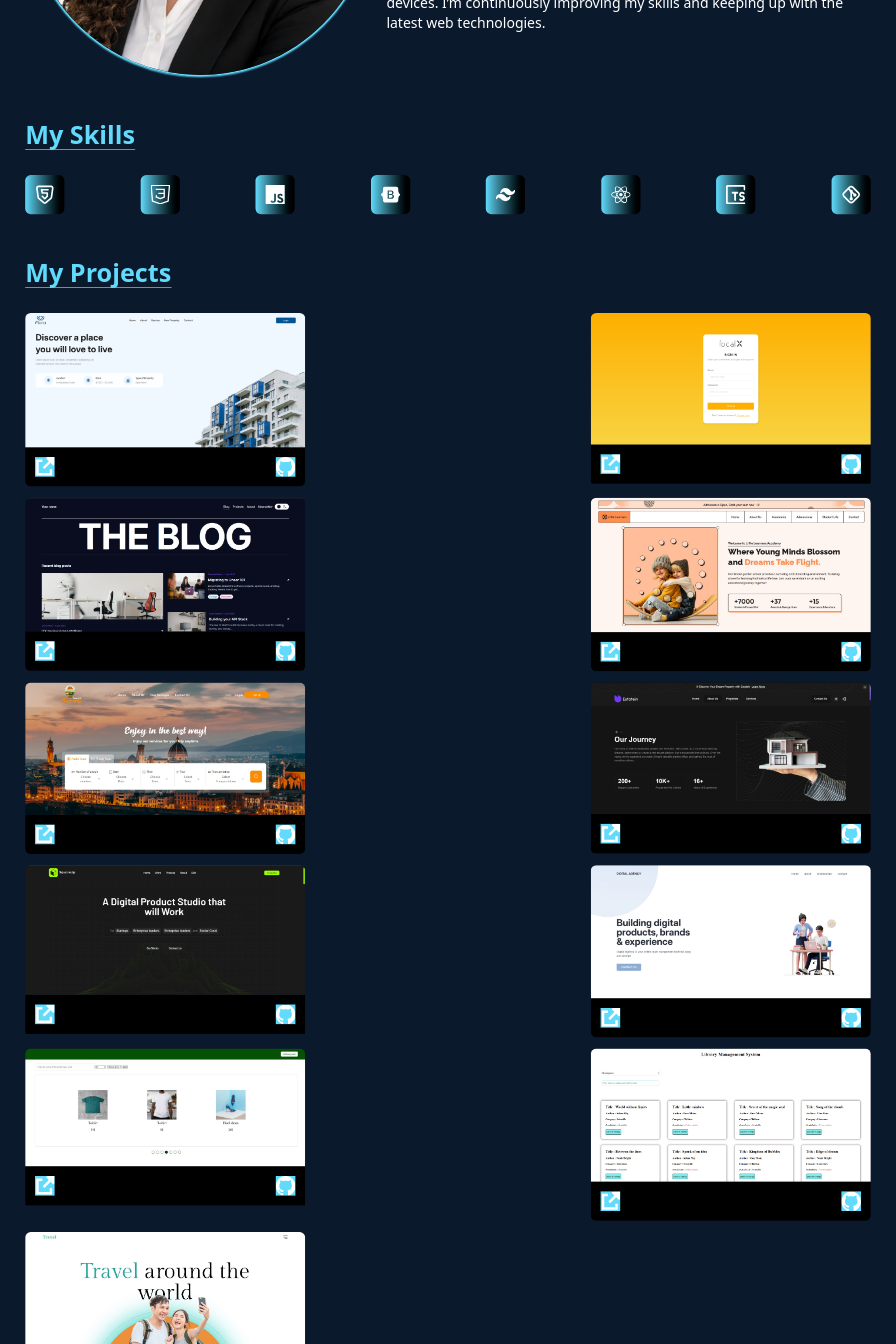
Repository: RawanBarakat-hub/portfolio
Page: /
These files come from the project's save history. The page is drawn as it stood at one moment and after a run of saves; the edit follows.
The browser window is 1280 px wide. The pictures show the part of the page from y = 1220 to 3140 px (the page is 3607 px tall before and 3679 px after), at 70% of full size.
The project was rebuilt for these pictures with package versions that can differ from the ones it lists, and the page was loaded fresh each time. Also part of the build but not shown: vite.config.ts.

Above is the page before, as saved 2026-02-22 22:03:58.

### index.html
<!doctype html>
<html lang="en">
  <head>
    <meta charset="UTF-8" />
    <link rel="icon" type="image/svg+xml" href="/assets/images/photos/logo.png" />
    <meta name="viewport" content="width=device-width, initial-scale=1.0" />
    <title>Rawan's portfolio</title>
  </head>
  <body>
    <div id="root"></div>
    <script type="module" src="/src/main.tsx"></script>
  </body>
</html>

### src/index.css
@import "tailwindcss";
@theme{
    --color-primary-color: #61DAFB;
    --color-background-color: #0b192c;
    --color-hover-color: #1eb9e4;
}

### src/App.tsx
import Hero from "./components/Hero"
import Main from "./components/Main"
import NavBar from "./components/NavBar"
import { nav_links } from "./data/data"
import "./index.css"
function App() {

  return (
    <div className="bg-background-color px-9">
      <NavBar logo={{source:"/assets/images/photos/logo.png",alternative:"Logo"}}
      nav_links={nav_links}
      bar_icon={{source:"/assets/images/icons/bars.svg",alternative:"bars"}}
      cancel_icon={{source:"/assets/images/icons/cancel.svg",alternative:"bars"}}
      />
      <Hero/>
      <Main/>
    </div>
  )
}

export default App

### src/components/Hero.tsx
import Image from "./Image"
import LinkBtn from "./LinkBtn"
import WelcomeText from "./WelcomeText"

const Hero = () => {
    return (
        <div className="h-screen pt-35 lg:pt-25 flex flex-col lg:flex-row
        justify-center lg:justify-between items-center gap-5">
            <div className="text-center lg:text-left">
                <WelcomeText text="Hello, I’m"/>
                <h1 className="text-white text-3xl lg:text-5xl mt-3 lg:mt-4
                mb-4 lg:mb-6 font-bold">Rawan Mohammad Barakat</h1>
                <p className="text-primary-color text-2xl lg:text-4xl max-w-2xl
                mb-4 lg:mb-14">Frontend Developer crafting clean & responsive web experiences.</p>
                <div className="flex justify-center lg:justify-start gap-4">
                    <LinkBtn url="" text="View my project"/>
                    <LinkBtn url="" text="Contact me"/>
                </div>
            </div>
            <Image source="/assets/images/photos/rawan.png" alternative="rawan"/>
        </div>
    )
}

export default Hero

### src/components/Main.tsx
import SectionAbout from "./SectionAbout"
import SectionProjects from "./SectionProjects"
import SectionReume from "./SectionReume"
import SectionSkills from "./SectionSkills"

const Main = () => {
    return (
        <main>
            <SectionAbout/>
            <SectionSkills/>
            <SectionProjects/>
            <SectionReume/>
        </main>
    )
}

export default Main

### src/components/NavBar.tsx
import { NavLink } from "react-router-dom"
import type { NavProps } from "../interfaces"
import { useState } from "react"

const NavBar = ({logo,nav_links,bar_icon,cancel_icon}:NavProps) => {
    const [show,setShow]=useState<boolean>(true)
    return (
        <div>
            <nav className="flex justify-between pl-5 pr-9 items-center fixed top-0 z-10
            w-full left-0 bg-background-color shadow-md shadow-primary-color">
                <div className="">
                    <img className="" src={logo.source} alt={logo.alternative} />
                </div>
                <div className="hidden lg:block">
                    <ul className="flex gap-6">
                        {nav_links?.map((link,index)=>{
                            return <li key={index}>
                                <NavLink className="text-primary-color text-[18px] font-medium"
                                to={link?.url}>{link?.text}</NavLink>
                            </li>
                        })}
                    </ul>
                </div>
                <button onClick={()=>setShow(!show)}
                className="block lg:hidden"><img src={`${show?bar_icon.source:cancel_icon.source}`}
                alt={`${show?bar_icon.alternative:cancel_icon.alternative}`} /></button>
            </nav>
            <div className={`${show ? "-left-full" :"left-1/2"} absolute top-16.5
            -translate-x-1/2 py-3.5 bg-background-color w-full transition-all`}>
                <ul className="text-center">
                        {nav_links?.map((link,index)=>{
                            return <li key={index} className="mb-4">
                                <NavLink className="text-primary-color text-[18px] font-medium"
                                to={link?.url}>{link?.text}</NavLink>
                            </li>
                        })}
                    </ul>
            </div>
        </div>
    )
}

export default NavBar

### src/data/data.ts
export const nav_links=[
    {
        url:"/",
        text:"Home"
    },
    {
        url:"/",
        text:"About"
    },
    {
        url:"/",
        text:"Skills"
    },
    {
        url:"/",
        text:"Projects"
    },
    {
        url:"/",
        text:"Resume"
    },
    {
        url:"/",
        text:"Contact"
    }
]
export const skills=[
    {
        image:{
            source:"/assets/images/icons/html.svg",
            alternative:"HTMl icon"
        },
        link:{
            url:"https://www.w3schools.com/html/default.asp",
            text:"HTML"
        }
    },
    {
        image:{
            source:"/assets/images/icons/css3.svg",
            alternative:"CSS icon"
        },
        link:{
            url:"https://www.w3schools.com/css/default.asp",
            text:"CSS"
        }
    },
    {
        image:{
            source:"/assets/images/icons/js.svg",
            alternative:"JavaScript icon"
        },
        link:{
            url:"https://www.w3schools.com/js/default.asp",
            text:"JavaScript "
        }
    },
    {
        image:{
            source:"/assets/images/icons/bootstrap.svg",
            alternative:"Bootstrap icon"
        },
        link:{
            url:"https://www.w3schools.com/bootstrap/bootstrap_ver.asp",
            text:"Bootstrap"
        }
    },
    {
        image:{
            source:"/assets/images/icons/tailwind.svg",
            alternative:"Taileind icon"
        },
        link:{
            url:"https://tailwindcss.com/",
            text:"Tailwind"
        }
    },
    {
        image:{
            source:"/assets/images/icons/react.svg",
            alternative:"React icon"
        },
        link:{
            url:"https://www.w3schools.com/react/default.asp",
            text:"React"
        }
    },
    {
        image:{
            source:"/assets/images/icons/ts.svg",
            alternative:"TypeScript icon"
        },
        link:{
            url:"https://www.w3schools.com/typescript/index.php",
            text:"TypeScript"
        }
    },
    {
        image:{
            source:"/assets/images/icons/git.svg",
            alternative:"Git icon"
        },
        link:{
            url:"https://www.w3schools.com/git/default.asp",
            text:"Git"
        }
    }
]
export const projects=[
    {
        image:{
            source:"public/assets/images/photos/flora.jpg",
            alternative:"Flora project"
        },
        title:"Flora",
        text:"Landing Page for a Real Estate Website",
        code_link:"https://github.com/RawanBarakat-hub/task-4-adv",
        project_Link:"https://rawanbarakat-hub.github.io/task-4-adv/"
    },
    {
        image:{
            source:"public/assets/images/photos/dash.jpg",
            alternative:"Dashboard project"
        },
        title:"E-commerce store dashboard",
        text:"Dashboard for managing E-commerce store",
        code_link:"https://github.com/RawanBarakat-hub/task-5-adv",
        project_Link:"https://task-5-adv.vercel.app/"
    },
    {
        image:{
            source:"public/assets/images/photos/blog.jpg",
            alternative:"Blogs project"
        },
        title:"The Blog",
        text:"Website for displaying blogs across different categories.",
        code_link:"https://github.com/RawanBarakat-hub/task-6-adv",
        project_Link:"https://task-6-adv-tawny.vercel.app/"
    },
    {
        image:{
            source:"public/assets/images/photos/littlelearners.jpg",
            alternative:"little learners project"
        },
        title:"Little learners",
        text:"Website for an educational institution.",
        code_link:"https://github.com/RawanBarakat-hub/task-2-adv",
        project_Link:"https://task-2-adv-pi.vercel.app/"
    },
    {
        image:{
            source:"public/assets/images/photos/next.jpg",
            alternative:"next project"
        },
        title:"Travel around the world",
        text:"Website for a travel company.",
        code_link:"https://github.com/RawanBarakat-hub/task-2-adv",
        project_Link:"https://task-7-adv-lac.vercel.app"
    },
    {
        image:{
            source:"public/assets/images/photos/estatein.jpg",
            alternative:"estatein project"
        },
        title:"Estatein",
        text:"Website for a real estate company.",
        code_link:"https://github.com/RaghadDeveloper/estatein",
        project_Link:"https://estatein-umber.vercel.app/"
    },
    {
        image:{
            source:"public/assets/images/photos/agency.jpg",
            alternative:"Digital project"
        },
        title:"Square",
        text:"Website for a digital products company.",
        code_link:"https://github.com/raghadsammour/squareUp.git",
        project_Link:"https://raghadsammour.github.io/squareUp/"
    },
    {
        image:{
            source:"public/assets/images/photos/digital.jpg",
            alternative:"Agency project"
        },
        title:"Digital agency",
        text:"Website for a digital products company.",
        code_link:"https://github.com/RawanBarakat-hub/Task-5",
        project_Link:"https://rawanbarakat-hub.github.io/Task-5/"
    },
    {
        image:{
            source:"public/assets/images/photos/e-commerc.jpg",
            alternative:"E-commerce project"
        },
        title:"E-commerce store",
        text:"Admin dashboard for an e-commerce store",
        code_link:"https://github.com/RawanBarakat-hub/Task-7",
        project_Link:"https://rawanbarakat-hub.github.io/Task-7/"
    },
    {
        image:{
            source:"public/assets/images/photos/library.jpg",
            alternative:"library project"
        },
        title:"Library Management System",
        text:"Website for categorizing and organizing books.",
        code_link:"https://github.com/RawanBarakat-hub/task-1-adv",
        project_Link:"https://rawanbarakat-hub.github.io/task-1-adv/"
    },
    {
        image:{
            source:"public/assets/images/photos/travelhero.jpg",
            alternative:"travel project"
        },
        title:"Travel",
        text:"Simple landing page for a travel agency website",
        code_link:"https://github.com/RawanBarakat-hub/Travel",
        project_Link:"https://rawanbarakat-hub.github.io/Travel/"
    }
]
export const certifications=[
    "Bachelor’s Degree in Information Engineering – Software Engineering",
    "Frontend Development – Beginner Level (Focal X)",
    "Frontend Development – Advanced Level (Focal X)"
]
export const social_media=[
    {
        url:"https://www.facebook.com/rawan.barakat.395?mibextid=wwXIfr&mibextid=wwXIfr",
        image:{
            source:"public/assets/images/icons/facebook.svg",
            alternative:"facebook icon"
        }
    },
    {
        url:"https://github.com/RawanBarakat-hub",
        image:{
            source:"public/assets/images/icons/github.svg",
            alternative:"github icon"
        }
    },
    {
        url:"https://t.me/Rawan_257",
        image:{
            source:"public/assets/images/icons/telegram.svg",
            alternative:"telegram icon"
        }
    },
    {
        url:"https://www.instagram.com/rawan.barakat.395?igsh=MWt1bDBya251YWFyeA%3D%3D&utm_source=qr",
        image:{
            source:"public/assets/images/icons/instagram.svg",
            alternative:"instagram icon"
        }
    },
    {
        url:"https://wa.me/963937278362",
        image:{
            source:"public/assets/images/icons/whatsapp.svg",
            alternative:"whatsapp icon"
        }
    },
    {
        url:"mailto:barakatrawan81@gmail.com",
        image:{
            source:"public/assets/images/icons/email.svg",
            alternative:"email icon"
        }
    }
]

### src/components/Image.tsx
import type { ImageProps } from '../interfaces'

const Image = ({source,alternative}:ImageProps) => {
    return (
        <div className='w-125 h-125 rounded-full border-2 border-primary-color
            shadow-sm shadow-primary-color flex justify-center items-center overflow-hidden
            shrink-0'>
            <img src={source} alt={alternative} />
        </div>
    )
}

export default Image

### src/components/LinkBtn.tsx
import { Link } from 'react-router-dom'
import { type LinkProps } from '../interfaces'
const LinkBtn = ({url,text,image}:LinkProps) => {
    return (
            <Link className="bg-primary-color hover:bg-hover-color
            text-xl text-background-color p-3.5 rounded-lg w-fit flex items-center
            gap-4 transition-all`" to={url}>{text}
            {image && <img className='w-10' src={image?.source} alt={image?.alternative} />}</Link>
    )
}

export default LinkBtn

### src/components/WelcomeText.tsx

const WelcomeText = ({text}:{text:string}) => {
    return (
        <p className="text-primary-color text-xl lg:text-3xl
        font-medium">{text}</p>
    )
}

export default WelcomeText

### src/components/SectionAbout.tsx
import Description from "./Description"
import Image from "./Image"
import TitleSection from "./TitleSection"
import WelcomeText from "./WelcomeText"

const SectionAbout = () => {
    return (
        <section className="py-15 lg:py-8 text-center lg:text-left">
            <TitleSection title="About me"/>
            <div className="flex flex-col lg:flex-row
                justify-center lg:justify-between items-center
                gap-4">
                <Image source="/assets/images/photos/rawan.png" alternative="rawan"/>
                <div className="max-w-3xl">
                    <WelcomeText text="Hi there! i’m Rawan Barakat"/>
                    <Description text="I’m a Software Engineering and Information Systems
                        graduate from Latakia University, with a strong passion
                        for frontend development and website creation."/>
                    <Description text="I completed both my beginner
                        and advanced frontend training at Focal X ,
                        where I built responsive websites using HTML, CSS, JavaScript,
                        and React (JSX and TSX) , working on practical and academic projects."/>
                    <Description text="I focus on writing clean, well-structured
                    code and building modern,responsive websites that perform efficiently across different
                    devices. I’m continuously improving my skills and keeping up with the latest web
                    technologies."/>
                </div>
            </div>
        </section>
    )
}

export default SectionAbout

### src/components/SectionProjects.tsx
import { projects } from "../data/data"
import Card from "./Card"
import Container from "./Container"
import TitleSection from "./TitleSection"

const SectionProjects = () => {
    return (
        <section className="py-15 lg:py-8">
            <TitleSection title="My Projects"/>
            <Container>
                {
                    projects.map((project,index)=>{
                        return <Card key={index}
                        image={project.image} title={project.title}
                        text={project.text} code={project.code_link}
                        deploy={project.project_Link}/>
                    })
                }
            </Container>
        </section>
    )
}

export default SectionProjects

### src/components/SectionReume.tsx
import { certifications } from "../data/data"
import Description from "./Description"
import TitleSection from "./TitleSection"
import WelcomeText from "./WelcomeText"

const SectionReume = () => {
    return (
        <section className="py-15 lg:py-8">
            <TitleSection title="Resume"/>
            <div className="flex justify-between">
                <div>
                    <WelcomeText text="Certifications & Experience" />
                    <ul className="mt-0 list-disc text-white pl-7">
                        {
                            certifications.map((item,index)=>{
                                return <li key={index}>
                                    <Description text={item} />
                                </li>
                            })
                        }
                    </ul>
                </div>
                <div>
                    <Description
                    text="Interested in working together? Download my CV to see my full experience" />
                    <a href="/Rawan Barakat CV.pdf" download
                        className="inline-block p-3 rounded-md bg-primary-color hover:bg-hover-color
                        text-white text-[18px] font-medium mt-3 cursor-pointer"
                        >Download CV</a>
                </div>
            </div>
        </section>
    )
}

export default SectionReume

### src/components/SectionSkills.tsx
import { skills } from "../data/data"
import Container from "./Container"
import Icon from "./Icon"
import TitleSection from "./TitleSection"

const SectionSkills = () => {
    return (
        <section className="py-15 lg:py-8 ">
            <TitleSection title="My Skills"/>
            <Container>
                {
                    skills.map((skill,index)=>{
                        return <Icon key={index} url={skill.link.url}
                        text={skill.link.text} image={skill.image}/>
                    })
            }
            </Container>
        </section>
    )
}

export default SectionSkills

### src/components/Description.tsx

const Description = ({text}:{text:string}) => {
    return (
        <p className="text-white text-xl mt-5">{text}</p>
    )
}

export default Description

### src/components/TitleSection.tsx
import type { TitleSectionProp } from "../interfaces"

const TitleSection = ({title}:TitleSectionProp) => {
    return (
        <h2 className="text-xl lg:text-4xl text-primary-color font-semibold
        mb-4 lg:mb-9 w-fit border-b border-primary-color">{title}</h2>
    )
}

export default TitleSection

### src/components/Card.tsx
import type { CardProps } from "../interfaces"
import Icon from "./Icon"

const Card = ({image,title,text,code,deploy}:CardProps) => {
    return (
        <div className="w-100 rounded-lg overflow-hidden group">
            <div className="relative">
                <img className="w-full h-full" src={image.source} alt={image.alternative} />
                <div className="absolute -top-full group-hover:top-0 text-center
                w-full h-full bg-[#00000088] transition-all flex flex-col
                justify-center items-center">
                    <h3 className="text-white font-medium text-xl">{title}</h3>
                    <p className="text-white text-[18px]">{text}</p>
                </div>
            </div>
            <div className="flex justify-between gap-2 bg-black p-3.5">
                <Icon url={deploy} image={{source:"/assets/images/icons/arrow.svg",
                alternative:"arrow icon"}} />
                <Icon url={code} image={{source:"/assets/images/icons/github.svg",
                alternative:"github icon"}} />
            </div>
        </div>
    )
}

export default Card

### src/components/Container.tsx
import type { ContainerProps } from "../interfaces"

const Container = ({children}:ContainerProps) => {
    return (
        <div className="flex justify-between flex-wrap gap-4">{children}</div>
    )
}

export default Container

### src/components/Icon.tsx
import type { LinkProps } from '../interfaces'

const Icon = ({url,text,image}:LinkProps) => {
    return (
        <a  target="_blank" className={`${text?"bg-linear-to-r from-primary-color to-black font-medium text-xl text-background-color p-3.5 rounded-lg w-fit flex items-center gap-4   hover:scale-120":
                "bg-primary-color hover:bg-hover-color"}
                transition-all `} href={url}>{}
            <img className='w-7' src={image?.source} alt={image?.alternative} />
        </a>

    )
}

export default Icon

Loaded but not shown: src/main.tsx (common file)

After the next 13 saves:
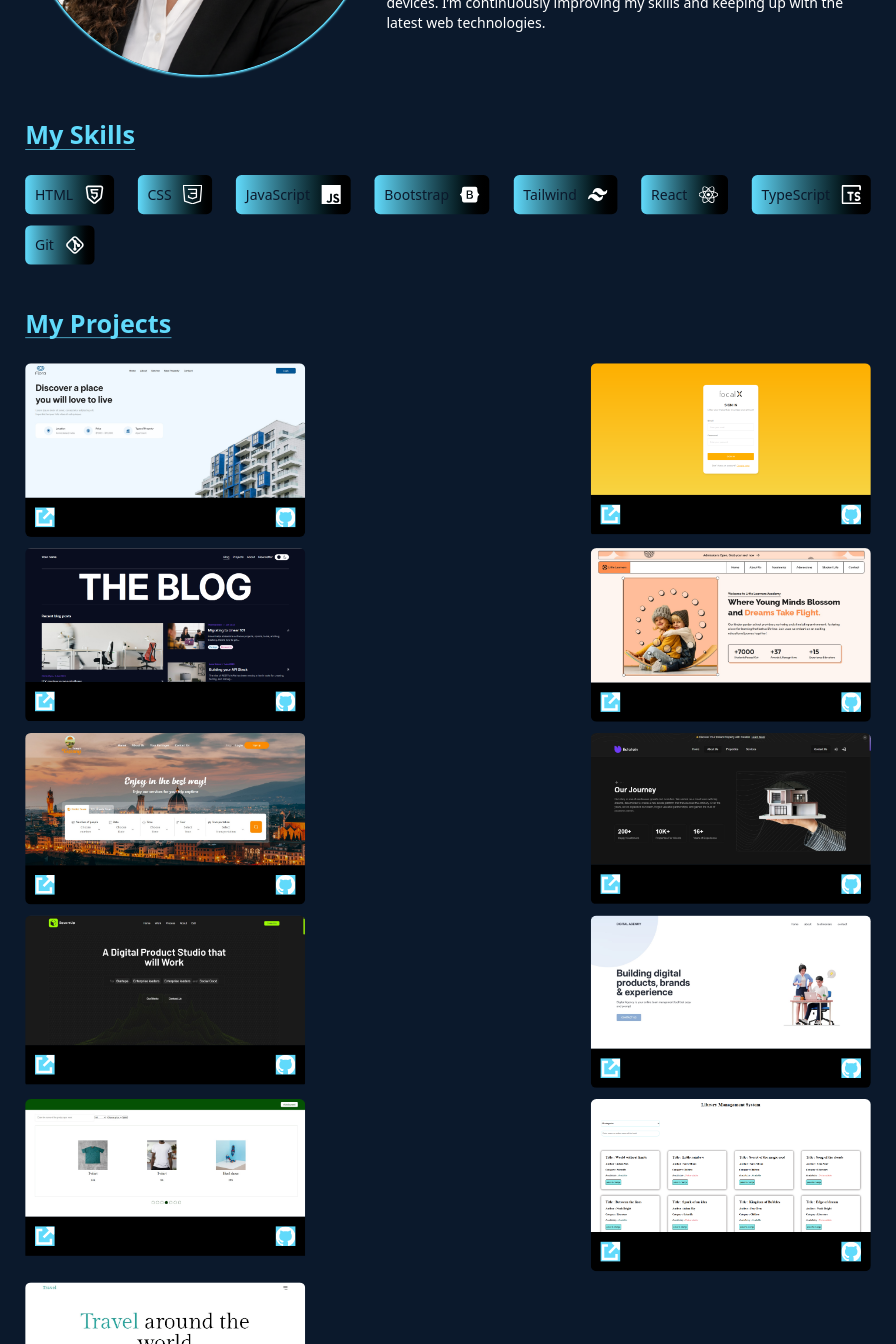
The 13 saves are shown as one change because 2 did not build or start and some came seconds apart.
The last was saved 37 s later.
--- a/src/components/Icon.tsx
+++ b/src/components/Icon.tsx
@@ -1,10 +1,13 @@
+import { spawn } from 'child_process'
 import type { LinkProps } from '../interfaces'
 
 const Icon = ({url,text,image}:LinkProps) => {
     return (
         <a  target="_blank" className={`${text?"bg-linear-to-r from-primary-color to-black font-medium text-xl text-background-color p-3.5 rounded-lg w-fit flex items-center gap-4   hover:scale-120":
                 "bg-primary-color hover:bg-hover-color"}
-                transition-all `} href={url}>{}
+                transition-all `} href={url}>{text&&
+                <span>{text}</span>
+                }
             <img className='w-7' src={image?.source} alt={image?.alternative} />
         </a>
 
